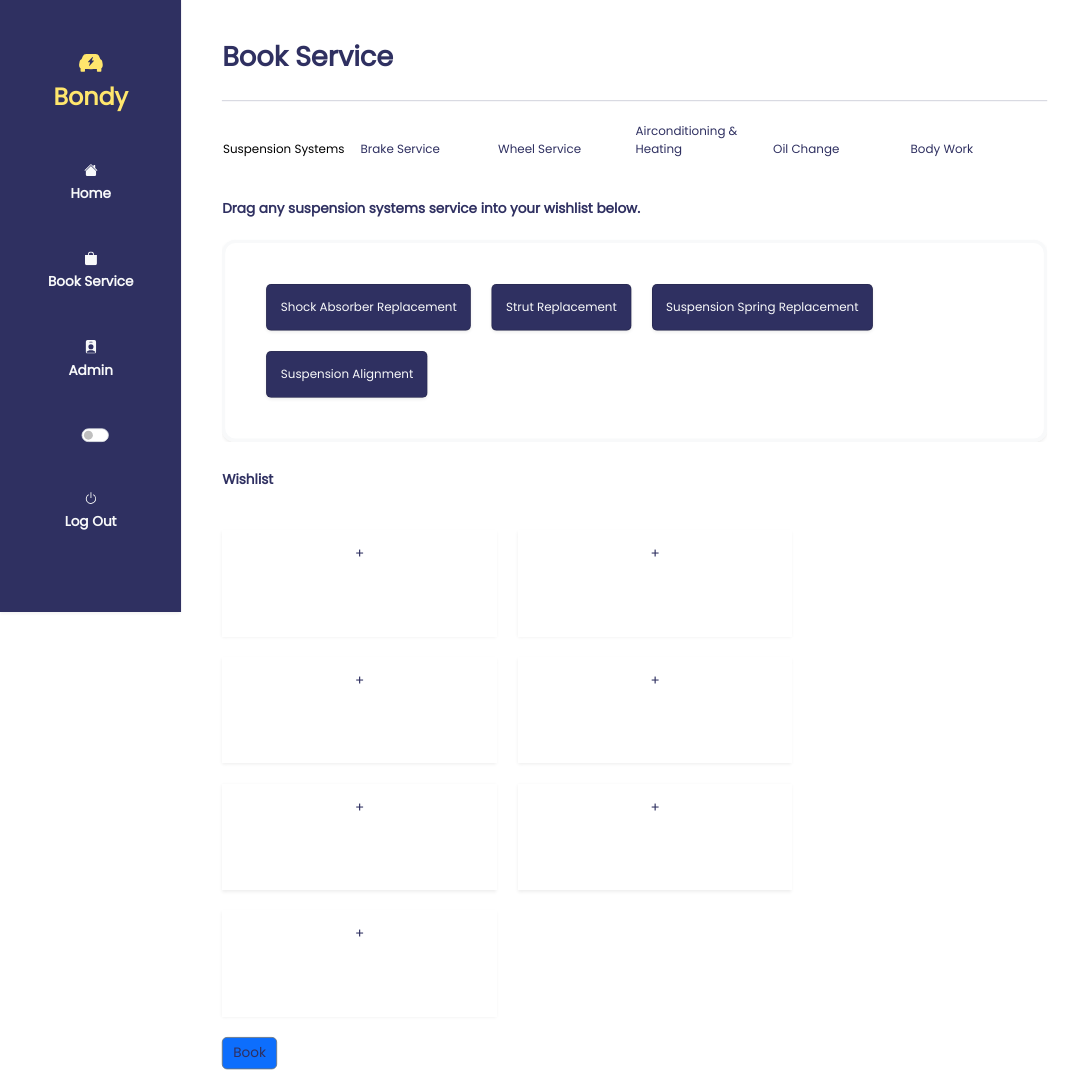
Repository: duzzisantos/bondy
Page: /book-service
The author's editor kept a copy of each file at every save. The page is drawn from the files as they stood at one save, then again after the next save.
The browser window is 1280 px wide. The pictures show the whole page, at 85% of full size.
Some web libraries are served in a nearby version. The project was rebuilt for these pictures with package versions that can differ from the ones it lists, and the page was loaded fresh each time. Also part of the build but not shown: src/components/Home/LandingPage.scss, src/components/Home/LandingPageScrollContainer.tsx, src/components/Home/TrendingServices.tsx, src/views/LandingPage.tsx, src/components/Services/Services.scss, src/components/Services/ServiceTemplate.tsx, src/views/Services.tsx.

Above is the page before, as saved 2023-06-26 22:09:29.

### public/index.html
<!DOCTYPE html>
<html lang="en">
  <head>
    <meta charset="utf-8" />
    <link rel="icon" href="%PUBLIC_URL%/favicon.ico" />
    <meta name="viewport" content="width=device-width, initial-scale=1" />
    <meta name="theme-color" content="#000000" />
    <meta
      name="description"
      content="Web site created using create-react-app"
    />
    <link rel="apple-touch-icon" href="%PUBLIC_URL%/logo192.png" />
    <!-- Option 1: Include in HTML -->
    <link
      rel="stylesheet"
      href="https://cdn.jsdelivr.net/npm/bootstrap-icons@1.3.0/font/bootstrap-icons.css"
    />
    <link rel="preconnect" href="https://fonts.googleapis.com" />
    <link rel="preconnect" href="https://fonts.gstatic.com" crossorigin />
    <!--
      manifest.json provides metadata used when your web app is installed on a
      user's mobile device or desktop. See https://developers.google.com/web/fundamentals/web-app-manifest/
    -->
    <link rel="manifest" href="%PUBLIC_URL%/manifest.json" />
    <!--
      Notice the use of %PUBLIC_URL% in the tags above.
      It will be replaced with the URL of the `public` folder during the build.
      Only files inside the `public` folder can be referenced from the HTML.

      Unlike "/favicon.ico" or "favicon.ico", "%PUBLIC_URL%/favicon.ico" will
      work correctly both with client-side routing and a non-root public URL.
      Learn how to configure a non-root public URL by running `npm run build`.
    -->
    <title>Bondy</title>
  </head>
  <body>
    <noscript>You need to enable JavaScript to run this app.</noscript>
    <div id="root"></div>
    <!--
      This HTML file is a template.
      If you open it directly in the browser, you will see an empty page.

      You can add webfonts, meta tags, or analytics to this file.
      The build step will place the bundled scripts into the <body> tag.

      To begin the development, run `npm start` or `yarn start`.
      To create a production bundle, use `npm run build` or `yarn build`.
    -->
  </body>
</html>

### src/index.js
import React from "react";
import ReactDOM from "react-dom/client";
import "./index.css";
import App from "./App";
import "bootstrap/dist/css/bootstrap.min.css";
import { BrowserRouter as Router } from "react-router-dom";

const root = ReactDOM.createRoot(document.getElementById("root"));
root.render(
  <React.StrictMode>
    <Router>
      <App />
    </Router>
  </React.StrictMode>
);

### src/App.js
import "./App.css";
import "bootstrap";
import SideBar from "./components/Navigation/SideBar";
import { Routes, Route } from "react-router-dom";
import LandingPage from "./views/LandingPage";
import Services from "./views/Services";
import BookService from "./views/BookService";
function App() {
  return (
    <div className="App d-flex flex-row flex-nowrap vh-100">
      <SideBar />
      <main className="col-12 ms-auto d-flex flex-column vh-100">
        <Routes>
          <Route path="/" element={<LandingPage />} />
          <Route path="/home" element={<LandingPage />} />
          <Route path="services/:category" element={<Services />} />
          <Route path="book-service" element={<BookService />} />
        </Routes>
      </main>
    </div>
  );
}

export default App;

### src/App.css
@import url("https://fonts.googleapis.com/css2?family=Cabin&family=Montserrat:wght@200&family=Poppins&display=swap");

* {
  font-family: "Poppins", sans-serif;
}
.App {
  text-align: center;
}

.custom-color {
  color: #2f3061 !important;
}

.custom-bg-color {
  background-color: #2f3061 !important;
}

.custom-border {
  border: 1px solid #2f3061;
}

.custom-border-5 {
  border-right-style: solid !important;
  border-right-width: 8px !important;
  border-right-color: #2f3061 !important;
}

.image-height {
  height: fit-content;
  width: fit-content;
}

.chosen-services {
  height: 125px !important;
}

button[role="tab"] {
  border: 1px solid transparent !important;
  color: #2f3061;
  font-size: 14px;
  text-align: start;
  padding: 0;
}

button[role="tab"]:focus {
  text-decoration: underline !important;
  text-decoration-color: #ffe66d !important;
  text-decoration-thickness: 5px !important;
  text-underline-offset: 10px !important;
}

button[role="tab"]:hover {
  color: #2f3061;
}

### src/components/Navigation/SideBar.tsx
import React, { FunctionComponent, useState } from "react";
import "react-bootstrap";
import "../../App.css";
import "./Navigation.scss";
import { Link } from "react-router-dom";
import {
  HouseFill,
  BagFill,
  PersonBadgeFill,
  Power,
  EvFrontFill,
  // MenuButtonWideFill,
  SunFill,
  MoonFill,
} from "react-bootstrap-icons";

const SideBar: FunctionComponent = () => {
  //Refactor this
  const [hoverHome, setHoverHome] = useState(false);
  // const [hoverServices, setHoverServices] = useState(false);
  const [hoverBookService, setHoverBookService] = useState(false);
  const [hoverAdmin, setHoverAdmin] = useState(false);
  const [hoverLogout, setHoverLogout] = useState(false);

  const commonLinkClasses = `d-flex flex-column justify-content-center align-items-center p-1 gap-2 brand-icon-color
   text-decoration-none fw-bold`;

  return (
    <div className="col-2 vh-100 custom-bg-color shadow-sm p-5 text-light d-flex flex-column vstack gap-5 sidebar-fixed">
      <Link to={"/"} className={commonLinkClasses + " fs-3"}>
        <span>
          <EvFrontFill className="brand-icon-color" /> Bondy
        </span>
      </Link>
      <Link
        to={"/home"}
        id="home"
        className={`d-flex flex-column justify-content-center align-items-center p-1 gap-2 text-decoration-none fw-bold ${
          hoverHome ? "brand-icon-color" : "text-light"
        }`}
        onMouseEnter={() => setHoverHome(true)}
        onMouseLeave={() => setHoverHome(false)}
        title="Home"
      >
        <HouseFill />
        Home
      </Link>

      <Link
        to={"/book-service"}
        id="book-service"
        className={`d-flex flex-column justify-content-center align-items-center p-1 gap-2 text-decoration-none fw-bold ${
          hoverBookService ? "brand-icon-color" : "text-light"
        }`}
        onMouseEnter={() => setHoverBookService(true)}
        onMouseLeave={() => setHoverBookService(false)}
        title="Book Service"
      >
        <BagFill />
        Book Service
      </Link>

      <Link
        to={"/admin"}
        id="admin"
        className={`d-flex flex-column justify-content-center align-items-center p-1 gap-2 text-decoration-none fw-bold ${
          hoverAdmin ? "brand-icon-color" : "text-light"
        }`}
        onMouseEnter={() => setHoverAdmin(true)}
        onMouseLeave={() => setHoverAdmin(false)}
        title="Admin"
      >
        <PersonBadgeFill />
        Admin
      </Link>

      <div className="form-check form-switch px-5 d-flex flex-row flex-nowrap">
        <SunFill className="mx-auto mt-1" />
        <input
          className="form-check-input mx-auto"
          type="checkbox"
          role="switch"
          id="flexSwitchCheckChecked"
          title="Switch display mode"
        />
        <MoonFill className="mx-auto mt-1" />
      </div>

      <Link
        to={"/logout"}
        id="logout"
        className={`d-flex flex-column justify-content-center align-items-center p-1 gap-2 text-decoration-none fw-bold ${
          hoverLogout ? "brand-icon-color" : "text-light"
        }`}
        onMouseEnter={() => setHoverLogout(true)}
        onMouseLeave={() => setHoverLogout(false)}
        title="Logout"
      >
        <Power />
        Log Out
      </Link>
    </div>
  );
};

export default SideBar;

### src/views/BookService.tsx
import React, { FunctionComponent } from "react";

import { Tabs, Tab, Card } from "react-bootstrap";
import BookingForm from "src/components/Services/BookingForm";
import DragDropTarget from "src/components/Services/DragDropTarget";
import { mockServiceData } from "src/data/mockData";
import useBookService from "src/hooks/useBookService";
const BookService: FunctionComponent = () => {
  const handleDragStart = (event: any) => {
    event.dataTransfer.setData("Text", event.target.id);
  };

  const handleDragOver = (event: any) => {
    event.preventDefault();
  };

  const handleDrop = (event: any) => {
    event.preventDefault();
    const data = event.dataTransfer.getData("Text");
    event.target.appendChild(document.getElementById(data));
  };

  //call custom hook

  const {
    wishListOne,
    wishListTwo,
    wishListThree,
    wishListFour,
    wishListFive,
    wishListSix,
    changeOne,
    changeTwo,
    changeThree,
    changeFour,
    changeFive,
    changeSix,
  } = useBookService("");

  return (
    <div className="col-10 px-5 pt-5 py-5 ms-auto vh-100 vstack gap-2 d-flex flex-column custom-color">
      <h2 className="text-start fw-bold">Book Service</h2>
      <hr />
      <div className="vstack gap-5">
        <Tabs justify className={`fs-6 border-0 align-items-end`}>
          {mockServiceData.map((element, index) => (
            <Tab
              key={index}
              eventKey={`${element.category}`}
              title={element.category}
              className={`border-0 text-start overflow-x-auto`}
            >
              <span>
                <strong>
                  Drag any {element.category.toLowerCase()} service into your
                  wishlist below.
                </strong>
              </span>
              <div
                className="d-flex flex-row flex-wrap hstack gap-4 py-5 px-5 mt-4 border border-4 border-light shadow-sm rounded-4"
                id="drop-target"
                onDrop={handleDrop}
                onDragOver={handleDragOver}
              >
                {Object.values(element.images).map((item, i) => (
                  <Card
                    key={i}
                    className="p-3 shadow-sm text-light custom-bg-color draggable-cards"
                    draggable="true"
                    id={item.serviceName + "drag-target"}
                    onDragStart={handleDragStart}
                  >
                    <small>{item.serviceName}</small>
                  </Card>
                ))}
              </div>
            </Tab>
          ))}
        </Tabs>
      </div>
      <div className="text-start py-4">
        <span>
          <strong>Wishlist</strong>
        </span>
        <div className="hstack gap-4 mt-4 py-4 d-flex flex-row flex-wrap">
          {[1, 2, 3, 4, 5, 6, 7].map((element) => (
            <DragDropTarget
              key={element}
              uniqueID={`drop-target-${element}`}
              children={"+"}
              handleDrop={handleDrop}
              handleDragOver={handleDragOver}
            />
          ))}
        </div>
        <>
          <BookingForm
            wishListOne={wishListOne}
            wishListTwo={wishListTwo}
            wishListThree={wishListThree}
            wishListFour={wishListFour}
            wishListFive={wishListFive}
            wishListSix={wishListSix}
            setWishlistOne={changeOne}
            setWishListTwo={changeTwo}
            setWishListThree={changeThree}
            setWishListFour={changeFour}
            setWishListFive={changeFive}
            setWishListSix={changeSix}
            handleSubmit={() => console.log("LOOOL")}
          />
        </>
      </div>
    </div>
  );
};

export default BookService;

### src/components/Navigation/Navigation.scss
.brand-icon-color {
  color: #ffe66d !important;
}

.sidebar-fixed {
  position: fixed !important;
}

### src/components/Home/landingPageContent.tsx
import React from "react";
import {
  Gear,
  GearWideConnected,
  WrenchAdjustableCircleFill,
  Fan,
  DropletHalf,
  CarFrontFill,
} from "react-bootstrap-icons";
export const servicesList = [
  {
    id: 1,
    category: "Suspension Systems",
    icon: <Gear />,
  },
  {
    id: 2,
    category: "Brake Service",
    icon: <GearWideConnected />,
  },
  {
    id: 3,
    category: "Wheel Service",
    icon: <WrenchAdjustableCircleFill />,
  },
  {
    id: 4,
    category: "Airconditioning & Heating",
    icon: <Fan />,
  },
  {
    id: 5,
    category: "Oil Change",
    icon: <DropletHalf />,
  },
  {
    id: 6,
    category: "Body Work",
    icon: <CarFrontFill />,
  },
];

### src/data/mockData.ts
type Mockdata = {
  category: string;
  description: string;
  contactPerson: any;
  images: any[];
};

export const mockServiceData: Mockdata[] = [
  {
    category: "Suspension Systems",
    description:
      "Improve your vehicle's stability and handling with our professional suspension system services. Our skilled technicians will ensure your suspension is properly tuned and aligned, providing you with a smooth and comfortable ride on any road. Contact us today to schedule an appointment!",
    contactPerson: {
      name: "John Doe",
      email: "john.doe@bondy-shop.net",
      fax: "0099887766",
    },
    images: [
      {
        link: "data:[embedded picture, 15335 characters]",
        serviceName: "Shock Absorber Replacement",
      },
      {
        link: "data:[embedded picture, 11971 characters]",
        serviceName: "Strut Replacement",
      },
      {
        link: "data:[embedded picture, 14759 characters]",
        serviceName: "Suspension Spring Replacement",
      },
      {
        link: "data:[embedded picture, 14759 characters]",
        serviceName: "Suspension Alignment",
      },
    ],
  },
  {
    category: "Brake Service",
    description:
      "Ensure your safety on the road by maintaining reliable brakes. Our experienced mechanics offer comprehensive brake services, including inspections, repairs, and replacements. Don't compromise on braking performance. Reach out to our team today!",
    contactPerson: {
      name: "John Appleseed",
      email: "john.appleseed@bondy-shop.net",
      fax: "0099887766",
    },
    images: [
      {
        link: "data:[embedded picture, 9691 characters]",
        serviceName: "Brake Pad Replacement",
      },
      {
        link: "https://encrypted-tbn0.gstatic.com/images?q=tbn:ANd9GcT0gPAwpGIxBheY71yRWmmRxI0R_JWL3elfJA&usqp=CAU",
        serviceName: "Brake Caliper Replacement",
      },
      {
        link: "https://encrypted-tbn0.gstatic.com/images?q=tbn:ANd9GcQpTpLkB-wcm8bVOOCUjNWxcLhslEygc0F4SQ&usqp=CAU",
        serviceName: "Brake Rotor Resurfacing",
      },
      {
        link: "https://encrypted-tbn0.gstatic.com/images?q=tbn:ANd9GcS7B5752ThTWUqTD9ojL736W_MmtrOqJzZigjK2ykyVyIdXmxxuG062OSKb21H3PUIszcE&usqp=CAU",
        serviceName: "Brake Fluid Flush",
      },
    ],
  },
  {
    category: "Wheel Service",
    description:
      "Experience improved handling and extended tire life with our professional wheel services. From wheel alignment to tire rotation, our technicians will ensure your wheels are in optimal condition. Get in touch with us now for top-notch wheel service!",
    contactPerson: {
      name: "Tracy Wallis",
      email: "tracy.wallis@bondy-shop.net",
      fax: "0099882266",
    },
    images: [
      {
        link: "data:[embedded picture, 12847 characters]",
        serviceName: "Wheel Balancing",
      },
      {
        link: "data:[embedded picture, 9703 characters]",
        serviceName: "Wheel Alignment",
      },
      {
        link: "https://encrypted-tbn0.gstatic.com/images?q=tbn:ANd9GcQaWgpKXJWWJMNxyWTHBldc0A2McFDZTZiD_A&usqp=CAU",
        serviceName: "Tire Rotation",
      },
      {
        link: "data:[embedded picture, 11635 characters]",
        serviceName: "Tire Replacement",
      },
    ],
  },
  {
    category: "Airconditioning & Heating",
    description:
      "Stay comfortable in any weather with our reliable A/C and heating services. Whether it's repairing your air conditioning system or ensuring your heating is working efficiently, our experts have you covered. Contact us today and enjoy a pleasant driving experience!",
    contactPerson: {
      name: "Ekene Olisa",
      email: "ekene.olisa@bondy-shop.net",
      fax: "0099882266",
    },
    images: [
      {
        link: "https://encrypted-tbn0.gstatic.com/images?q=tbn:ANd9GcR3qT08rB2rXOjC3oQ20Ntryrq4xjUyRf3FObIcIRwS_n3qZnJbinZqUyQbtRkV0gXKPyc&usqp=CAU",
        serviceName: "Climate Control Repair",
      },
      {
        link: "data:[embedded picture, 11699 characters]",
        serviceName: "Air Conditioning Inspection",
      },
      {
        link: "https://encrypted-tbn0.gstatic.com/images?q=tbn:ANd9GcQLC1pgYQxu5VTfpPUt2QFXQGFb8zRuRp2LR4Bxb00g63Ke3Jwc4KSCI-0iVZf4_k_n9Dc&usqp=CAU",
        serviceName: "A/C System Recharge",
      },
      {
        link: "https://encrypted-tbn0.gstatic.com/images?q=tbn:ANd9GcRNjd4HJj0lEOeZu-f3T8s1ry-KS_1rUosgTA&usqp=CAU",
        serviceName: "Heater Core Replacement",
      },
    ],
  },
  {
    category: "Oil Change",
    description:
      "Maintain your engine's performance with our quick and efficient oil change service. Our skilled technicians will replace your old oil with high-quality lubricants, ensuring optimal engine function. Don't neglect this essential maintenance task. Visit us today!",
    contactPerson: {
      name: "Obinna Duru",
      email: "obinna.duru@bondy-shop.net",
      fax: "0099882266",
    },
    images: [
      {
        link: "data:[embedded picture, 11747 characters]",

        serviceName: "Regular Oil Change",
      },
      {
        link: "https://encrypted-tbn0.gstatic.com/images?q=tbn:ANd9GcTwVtYiu9dIxaeqwPnZTnIPSYLYPtnAoV7nEg&usqp=CAU",
        serviceName: "Synthetic Oil Change",
      },
      {
        link: "https://encrypted-tbn0.gstatic.com/images?q=tbn:ANd9GcR6bklbDJEUkqi58MQCfsBcIx8dWo8wNezHMg&usqp=CAU",
        serviceName: "Oil Filter Replacement",
      },
      {
        link: "https://encrypted-tbn0.gstatic.com/images?q=tbn:ANd9GcTQFEl0Sa_h9Yl5KELgGxtqDLDgbaS3F-UlYg&usqp=CAU",
        serviceName: "Fluid Check and Top-Up",
      },
    ],
  },
  {
    category: "Body Work",
    description:
      "Restore your vehicle's appearance to its former glory with our top-notch body repair services. From minor dents to major collision repairs, our expert technicians will skillfully restore your vehicle. Trust us to deliver exceptional results. Contact us for a consultation!",
    contactPerson: {
      name: "Emily Okafor",
      email: "emily.okafor@bondy-shop.net",
      fax: "0099882266",
    },
    images: [
      {
        link: "data:[embedded picture, 12547 characters]",
        serviceName: "Dent Repair",
      },
      {
        link: "data:[embedded picture, 10815 characters]",
        serviceName: "Collision Repair",
      },
      {
        link: "data:[embedded picture, 11667 characters]",
        serviceName: "Painting",
      },
      {
        link: "data:[embedded picture, 10083 characters]",
        serviceName: "Panel Replacement",
      },
    ],
  },
];

### src/components/Services/BookingForm.tsx
import React, { FunctionComponent } from "react";

import { Button, Form, FormControl } from "react-bootstrap";

interface FormValues {
  wishListOne: string;
  wishListTwo: string;
  wishListThree: string;
  wishListFour: string;
  wishListFive: string;
  wishListSix: string;
  setWishlistOne: any;
  setWishListTwo: any;
  setWishListThree: any;
  setWishListFour: any;
  setWishListFive: any;
  setWishListSix: any;
  handleSubmit: any;
}
const BookingForm: FunctionComponent<FormValues> = ({
  wishListFive,
  wishListFour,
  wishListOne,
  wishListSix,
  wishListThree,
  wishListTwo,
  setWishListFive,
  setWishListFour,
  setWishListSix,
  setWishListThree,
  setWishListTwo,
  setWishlistOne,
  handleSubmit,
}) => {
  return (
    <Form>
      <div className="d-none">
        <FormControl
          name={wishListOne}
          id={wishListOne}
          value={wishListOne}
          onChange={(e: any) => setWishlistOne(e.target.value)}
          onSubmit={handleSubmit}
        />
        <FormControl
          name={wishListTwo}
          id={wishListTwo}
          value={wishListTwo}
          onChange={(e: any) => setWishListTwo(e.target.value)}
        />
        <FormControl
          name={wishListThree}
          id={wishListThree}
          value={wishListThree}
          onChange={(e: any) => setWishListThree(e.target.value)}
        />
        <FormControl
          name={wishListFour}
          id={wishListFour}
          value={wishListFour}
          onChange={(e: any) => setWishListFour(e.target.value)}
        />
        <FormControl
          name={wishListFive}
          id={wishListFive}
          value={wishListFive}
          onChange={(e: any) => setWishListFive(e.target.value)}
        />
        <FormControl
          name={wishListSix}
          id={wishListSix}
          value={wishListSix}
          onChange={(e: any) => setWishListSix(e.target.value)}
        />
      </div>
      <Button
        type="submit"
        className="btn btg-transparent border-secondary custom-color"
      >
        Book
      </Button>
    </Form>
  );
};

export default BookingForm;

### src/components/Services/DragDropTarget.tsx
import React, { FunctionComponent } from "react";

interface Props {
  uniqueID: string;
  handleDrop: any;
  handleDragOver: any;
  children: any;
}

const DragDropTarget: FunctionComponent<Props> = ({
  children,
  uniqueID,
  handleDrop,
  handleDragOver,
}) => {
  return (
    <div
      className="p-3 col-md-4 chosen-services shadow-sm text-center"
      id={uniqueID}
      onDrop={handleDrop}
      onDragOver={handleDragOver}
    >
      {children}
    </div>
  );
};

export default DragDropTarget;

### src/hooks/useBookService.ts
import { useState } from "react";

const useBookService = (init: string) => {
  const [wishListOne, setWishListOne] = useState(init);
  const [wishListTwo, setWishListTwo] = useState(init);
  const [wishListThree, setWishListThree] = useState(init);
  const [wishListFour, setWishListFour] = useState(init);
  const [wishListFive, setWishListFive] = useState(init);
  const [wishListSix, setWishListSix] = useState(init);

  const changeOne = (e: any) => {
    setWishListOne(e.target.value);
  };

  const changeTwo = (e: any) => {
    setWishListTwo(e.target.value);
  };

  const changeThree = (e: any) => {
    setWishListThree(e.target.value);
  };

  const changeFour = (e: any) => {
    setWishListFour(e.target.value);
  };

  const changeFive = (e: any) => {
    setWishListFive(e.target.value);
  };

  const changeSix = (e: any) => {
    setWishListSix(e.target.value);
  };

  return {
    wishListFive,
    wishListFour,
    wishListSix,
    wishListThree,
    wishListTwo,
    wishListOne,
    changeFive,
    changeFour,
    changeSix,
    changeThree,
    changeTwo,
    changeOne,
  };
};

export default useBookService;

Loaded but not shown: src/index.css (common file)

After the next save:
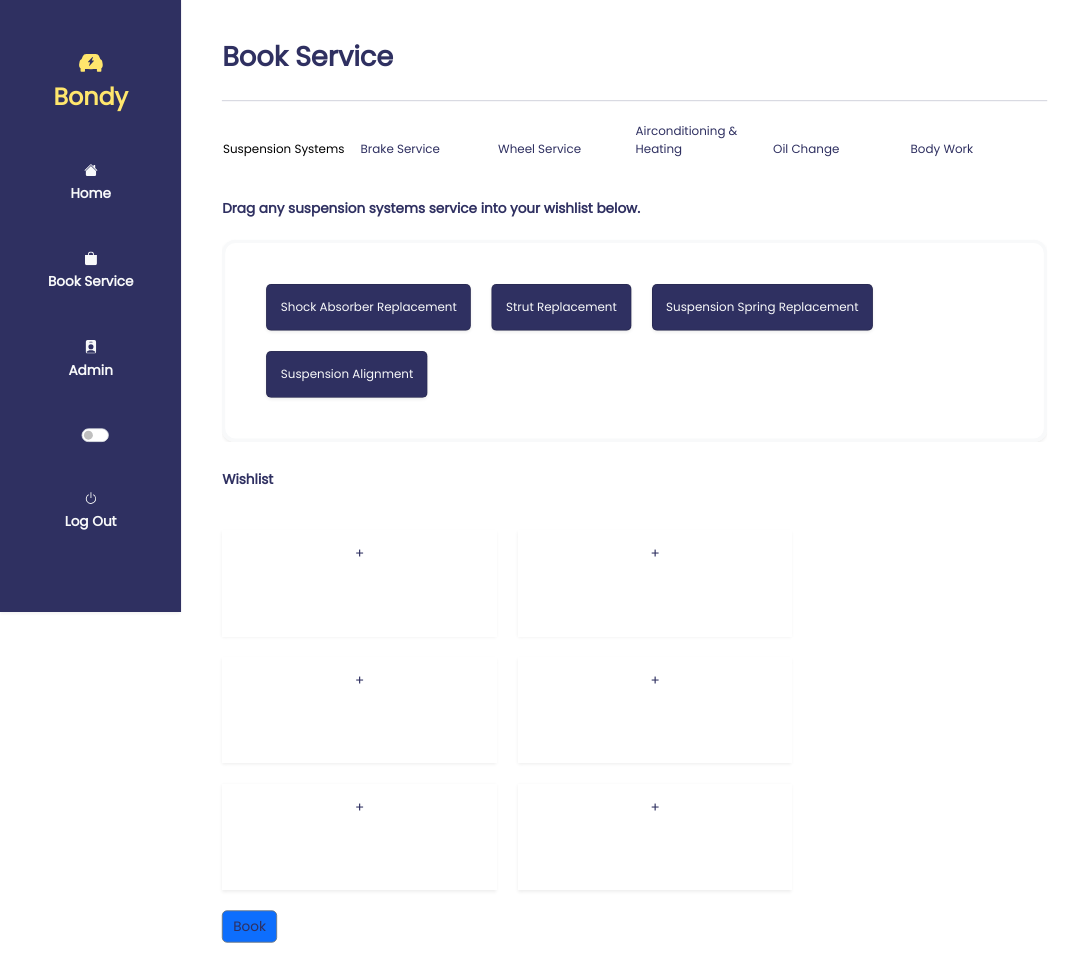
Saved 4 s later.
--- a/src/views/BookService.tsx
+++ b/src/views/BookService.tsx
@@ -83,7 +83,7 @@ const BookService: FunctionComponent = () => {
           <strong>Wishlist</strong>
         </span>
         <div className="hstack gap-4 mt-4 py-4 d-flex flex-row flex-wrap">
-          {[1, 2, 3, 4, 5, 6, 7].map((element) => (
+          {[1, 2, 3, 4, 5, 6].map((element) => (
             <DragDropTarget
               key={element}
               uniqueID={`drop-target-${element}`}
